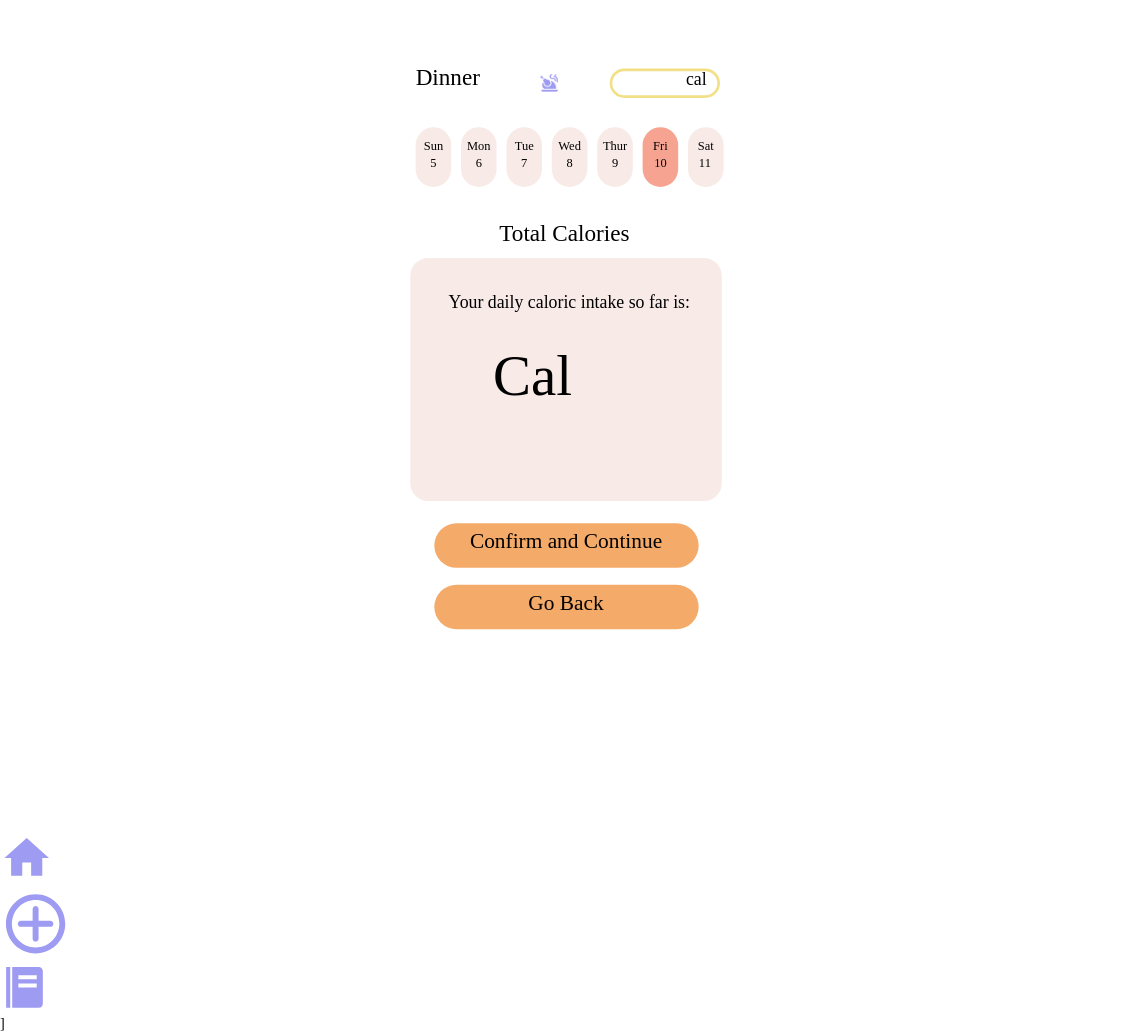
Repository: MeowCeline00/G5-Calorie-Tracker
Page: DinnerCalCounter/index.html
The author's editor kept a copy of each file at every save. The page is drawn from the files as they stood at one save, then again after a run of saves.
The browser window is 1280 px wide. The pictures show the whole page, at 89% of full size.

Above is the page before, as saved 2024-05-26 14:17:19.
Console error: ReferenceError: renderLandingPage is not defined

### DinnerCalCounter/index.html
<!DOCTYPE html>
<html>
<head>
  	<meta charset="utf-8">
  	<meta name="viewport" content="initial-scale=1, width=device-width">

  	<link rel="stylesheet" href="./global.css" />
  	<link rel="stylesheet"  href="./index.css" />

</head>
<body>
	<div class="pageContainer">
		<div class="pageInnerContainer">
			<!-- <div class="add-page-container"> -->
  	<div class="add-page">
    		<div class="add-page-child">
    		</div>
    		<div class="add-page-item">
    		</div>
    		<div class="add-page-inner">
    		</div>
    		<div class="rectangle-div">
    		</div>
    		<div class="add-page-child1">
    		</div>
    		<div class="add-page-child2">
    		</div>
    		<div class="add-page-child3">
    		</div>
    		<div class="add-page-child4">
    		</div>

    		<div class="total-calories">Total Calories</div>
    		<div class="breakfast">Dinner</div>
    		<div class="div">5</div>
    		<div class="sun">Sun</div>
    		<div class="mon">Mon</div>
    		<div class="tue">Tue</div>
    		<div class="wed">Wed</div>
    		<div class="thur">Thur</div>
    		<div class="fri">Fri</div>
    		<div class="sat">Sat</div>
    		<div class="div1">6</div>
    		<div class="div2">7</div>
    		<div class="div3">8</div>
    		<div class="div4">9</div>
    		<div class="div5">10</div>
    		<div class="div6">11</div>
    		<div class="add-page-child5">
    		</div>
    		<div class="add-page-child6">
    		</div>
    		<div class="confirm-and-continue">Confirm and Continue</div>
			<div><a class="go-back" href="/dinnerAddPage/index.html">Go Back</a></div>    		<div class="add-page-child7">
    		</div>
    		<div class="cal">cal</div>
    		<img class="fluent-mdl2breakfast-icon" alt="diner" src="/Images/mdi_dinner.png">

    		<div class="add-page-child8">
    		</div>
    		<div class="your-daily-caloric">Your daily caloric intake so far is:</div>
    		<div class="cal1">
      			<span></span>
      			<span class="cal2">Cal</span>
			</div>
			</div>

	  <div class="navBarContainer">
		<div class="navBar">
		<!-- <a href="/index.html"><img class="image1" src="/Images/Vector.png "></a>
		<a href="/index.html"><img class="image02"src="/Images/vector02.png "></a>
		<a href="/index.html"><img class="image03" src="/Images/Vector1.png"></a> -->
		</div>
	</div>
</div>
</div>
<div class="navContainer">
	<nav class="navbar">
	  <div class="navItem" onclick="navigateTo('home')">
		<img src="/images/home_icon.svg" alt="Home" width="60" height="60" />
	  </div>
	  <div class="addButtonContainer">
		<div class="addnewButton" onclick="navigateTo('addNew')">
		  <img src="/images/add_icon.svg" alt="Add" width="80" height="80" />
		</div>
	  </div>
	  <div class="navItem" onclick="navigateTo('recipes')">
		<img src="/images/recipes_icon.svg" alt="Recipes" width="55" height="55" />
	  </div>
	</nav>
  </div>
  <script src="/scripts/app.js"></script>
]  <script src="/scripts/navbar.js"></script>
</body>
</html>

### DinnerCalCounter/global.css

body {
    margin: 0;
    line-height: normal;
}


:root {

    /* fonts */
    --body-20-medium: Catamaran;
    --heading-26-regular: Saira;

    /* font sizes */
    --body-20-medium-size: 20px;
    --font-size-sm: 14px;
    --heading-26-regular-size: 26px;
    --body-24-regular-size: 24px;

    /* Colors */
    --purple: #9e9bf2;
    --yellow: #f2e088;
    --color-black: #000;
    --lighter-nav-bar: rgba(247, 232, 229, 0.9);
    --color-sandybrown: rgba(242, 149, 68, 0.8);

    /* Border radiuses */
    --br-xl: 20px;
    --br-17xl: 36px;

}

### DinnerCalCounter/index.css
.add-page-child {
    position: absolute;
    top: 582px;
    left: 0px;
    width: 393px;
    height: 55px;
}
.add-page-item {
    position: absolute;
    top: 143px;
    left: 26px;
    border-radius: var(--br-xl);
    background-color: var(--lighter-nav-bar);
    width: 40px;
    height: 67px;
}
.add-page-inner {
    position: absolute;
    top: 143px;
    left: 77px;
    border-radius: var(--br-xl);
    background-color: var(--lighter-nav-bar);
    width: 40px;
    height: 67px;
}
.rectangle-div {
    position: absolute;
    top: 143px;
    left: 128px;
    border-radius: var(--br-xl);
    background-color: var(--lighter-nav-bar);
    width: 40px;
    height: 67px;
}
.add-page-child1 {
    position: absolute;
    top: 143px;
    left: 179px;
    border-radius: var(--br-xl);
    background-color: var(--lighter-nav-bar);
    width: 40px;
    height: 67px;
}
.add-page-child2 {
    position: absolute;
    top: 143px;
    left: 230px;
    border-radius: var(--br-xl);
    background-color: var(--lighter-nav-bar);
    width: 40px;
    height: 67px;
}
.add-page-child3 {
    position: absolute;
    top: 143px;
    left: 281px;
    border-radius: var(--br-xl);
    background-color: rgba(242, 126, 99, 0.7);
    width: 40px;
    height: 67px;
}
.add-page-child4 {
    position: absolute;
    top: 143px;
    left: 332px;
    border-radius: var(--br-xl);
    background-color: var(--lighter-nav-bar);
    width: 40px;
    height: 67px;
}
.nav-bar-icon {
    position: absolute;
    top: 726px;
    left: 0px;
    width: 393px;
    height: 126px;
}
.total-calories {
    position: absolute;
    top: 248px;
    left: 120px;
    font-size: var(--heading-26-regular-size);
    font-weight: 500;
    font-family: var(--heading-26-regular);
    text-align: left;
    display: inline-block;
    width: 163px;
    height: 42px;
}
.breakfast {
    position: absolute;
    top: 72px;
    left: 26px;
    font-size: var(--heading-26-regular-size);
    font-weight: 500;
    font-family: var(--heading-26-regular);
    text-align: left;
    display: inline-block;
    width: 130px;
    height: 42px;
}
.div {
    position: absolute;
    top: 176px;
    left: 26px;
    display: inline-block;
    width: 40px;
    height: 42px;
}
.sun {
    position: absolute;
    top: 156px;
    left: 26px;
    display: inline-block;
    width: 40px;
    height: 20px;
}
.mon {
    position: absolute;
    top: 156px;
    left: 77px;
    display: inline-block;
    width: 40px;
    height: 20px;
}
.tue {
    position: absolute;
    top: 156px;
    left: 128px;
    display: inline-block;
    width: 40px;
    height: 20px;
}
.wed {
    position: absolute;
    top: 156px;
    left: 179px;
    display: inline-block;
    width: 40px;
    height: 20px;
}
.thur {
    position: absolute;
    top: 156px;
    left: 230px;
    display: inline-block;
    width: 40px;
    height: 20px;
}
.fri {
    position: absolute;
    top: 156px;
    left: 281px;
    display: inline-block;
    width: 40px;
    height: 20px;
}
.sat {
    position: absolute;
    top: 156px;
    left: 332px;
    display: inline-block;
    width: 40px;
    height: 20px;
}
.div1 {
    position: absolute;
    top: 176px;
    left: 77px;
    display: inline-block;
    width: 40px;
    height: 42px;
}
.div2 {
    position: absolute;
    top: 176px;
    left: 128px;
    display: inline-block;
    width: 40px;
    height: 42px;
}
.div3 {
    position: absolute;
    top: 176px;
    left: 179px;
    display: inline-block;
    width: 40px;
    height: 42px;
}
.div4 {
    position: absolute;
    top: 176px;
    left: 230px;
    display: inline-block;
    width: 40px;
    height: 42px;
}
.div5 {
    position: absolute;
    top: 176px;
    left: 281px;
    display: inline-block;
    width: 40px;
    height: 42px;
}
.div6 {
    position: absolute;
    top: 176px;
    left: 332px;
    display: inline-block;
    width: 38px;
    height: 42px;
}
.add-page-child5 {
    position: absolute;
    top: 588px;
    left: 47px;
    border-radius: var(--br-17xl);
    background-color: var(--color-sandybrown);
    width: 297px;
    height: 50px;
}
.add-page-child6 {
    position: absolute;
    top: 657px;
    left: 47px;
    border-radius: var(--br-17xl);
    background-color: var(--color-sandybrown);
    width: 297px;
    height: 50px;
}
.confirm-and-continue {
    position: absolute;
    top: 595px;
    left: 80px;
    font-size: var(--body-24-regular-size);
    display: inline-block;
    width: 230px;
    height: 42px;
}
.go-back {
    position: absolute;
    top: 664px;
    left: 80px;
    font-size: var(--body-24-regular-size);
    display: inline-block;
    width: 230px;
    height: 42px;
    cursor: pointer;
    text-decoration: none;
    color: black
}
.add-page-child7 {
    position: absolute;
    top: 77px;
    left: 244px;
    border-radius: var(--br-xl);
    background-color: #fff;
    border: 3px solid var(--yellow);
    box-sizing: border-box;
    width: 124px;
    height: 33px;
}
.cal {
    position: absolute;
    top: 78px;
    left: 313px;
    font-size: var(--body-20-medium-size);
    font-weight: 500;
    color: var(--color-cornflowerblue);
    text-align: right;
    display: inline-block;
    width: 40px;
    height: 23px;
}
.fluent-mdl2breakfast-icon {
    position: absolute;
    top: 81px;
    left: 164px;
    width: 25px;
    height: 25px;
}
.add-page-child8 {
    position: absolute;
    top: 290px;
    left: 20px;
    border-radius: var(--br-xl);
    background-color: var(--lighter-nav-bar);
    width: 350px;
    height: 273px;
}
.your-daily-caloric {
    position: absolute;
    top: 328px;
    left: 63px;
    font-size: var(--body-20-medium-size);
}
.cal2 {
    color: var(--color-cornflowerblue);
}
.cal1 {
    position: absolute;
    top: 386px;
    left: 113px;
    font-size: 64px;
    text-align: right;
}
.add-page {
    width: 100%;
    position: relative;
    background-color: rgba(255, 255, 255, 0.92);
    height: 852px;
    overflow: hidden;
    text-align: center;
    font-size: var(--font-size-sm);
    color: var(--color-black);
    font-family: var(--body-20-medium);
    left: 40px;
}


.navBar {
    width: 430px;
    height: 50px;
    display: flex;
    flex-direction: row;
    justify-content: space-between;
    align-items: center;
    padding-left: 1.5em;
    padding-right: 1.5em;
    padding-top: 1em;
    padding-bottom: 1em;
    border-top-left-radius: 50px;
    border-top-right-radius: 50px;
}

.image1 {
    width: 50px;
    height: 42.5;
}
.image02 {
    position: relative;
    width: 66.67px;
    height: 66.67px;
    background-color: #fff;
    padding:0.25em ;
    border-radius: 360px;
    top: -50px;
}

.image03 {
    width: 41.25px;
    height: 45.58;
}

.navBar a {
    padding: 0em;
    margin: 0em;
}

.pageContainer {
    display: flex;

    flex-direction: column;
    align-items: center;


}
.pageInnerContainer {
    display: flex;
    flex-direction: column;
    align-items: center;
    justify-content: center;

}

.add-page-container {
    display: flex;
    justify-content: center;
    flex-direction: column;
}

### scripts/app.js
document.addEventListener('DOMContentLoaded', () => {
    navigateTo('landing');
});

function navigateTo(page) {
    switch (page) {
        case 'landing':
            renderLandingPage();
            break;
        case 'home':
            renderHomePage();
            break;
        case 'profile':
            renderProfilePage();
            break;
        case 'lunchCalorie':
            window.location.href = '/lunchAddPage/index.html';
            break;
        case 'addNew':
            window.location.href = '/addPage/Add.html';
            break;
        case 'dinnerCalorie':
            window.location.href = '/dinnerAddPage/index.html';
            break;
        case 'snacksCalorie':
            window.location.href = '/snacksAddPage/index.html';
            break;
        case 'breakfastCalorie':
            window.location.href = '/breakfastAddPage/index.html';
            break;
        case 'burnedCalorie':
            window.location.href = '/burnedAddPage/index.html';
            break;
        default:
            console.error('Invalid page:', page);
            break;
    }
}

### scripts/navbar.js
function renderNavbar() {
    return `
      <div class="navContainer">
        <nav class="navbar">
          <div class="navItem" onclick="navigateTo('home')">
            <img src="/images/home_icon.svg" alt="Home" width="60" height="60" />
          </div>
          <div class="addButtonContainer">
            <div class="addnewButton" onclick="navigateTo('addNew')">
              <img src="/images/add_icon.svg" alt="Add" width="80" height="80" />
            </div>
          </div>
          <div class="navItem" onclick="navigateTo('recipes')">
            <img src="/images/recipes_icon.svg" alt="Recipes" width="55" height="55" />
          </div>
        </nav>
      </div>
    `;
}

After the next 3 saves:
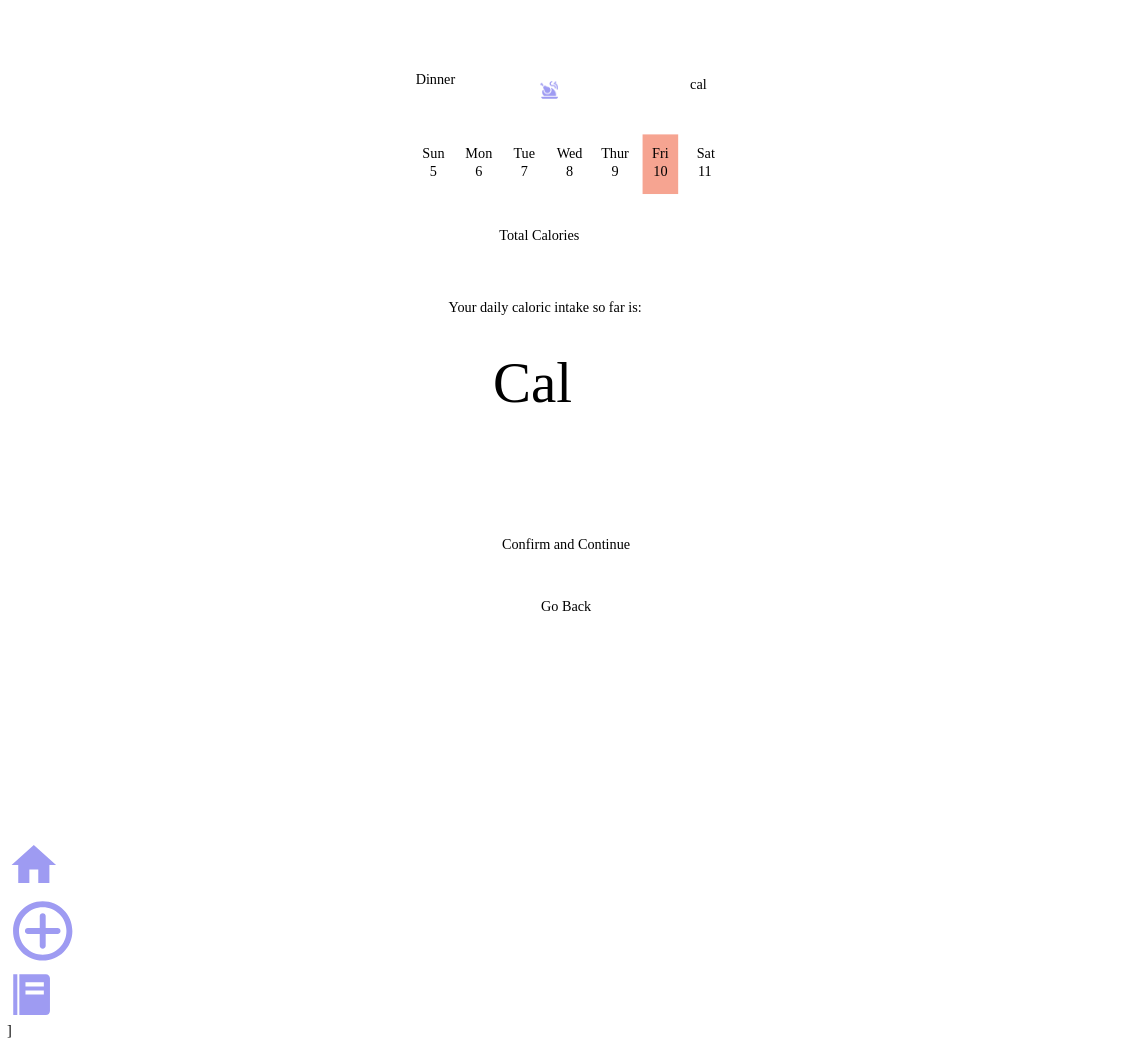
The 3 saves are shown as one change because they came seconds apart.
The last was saved 27 s later.
--- a/DinnerCalCounter/index.html
+++ b/DinnerCalCounter/index.html
@@ -4,7 +4,7 @@
   	<meta charset="utf-8">
   	<meta name="viewport" content="initial-scale=1, width=device-width">
 
-  	<link rel="stylesheet" href="./global.css" />
+  	<link rel="stylesheet" href="/DinnerCalCounter/index.css" />
   	<link rel="stylesheet"  href="./index.css" />
 
 </head>
